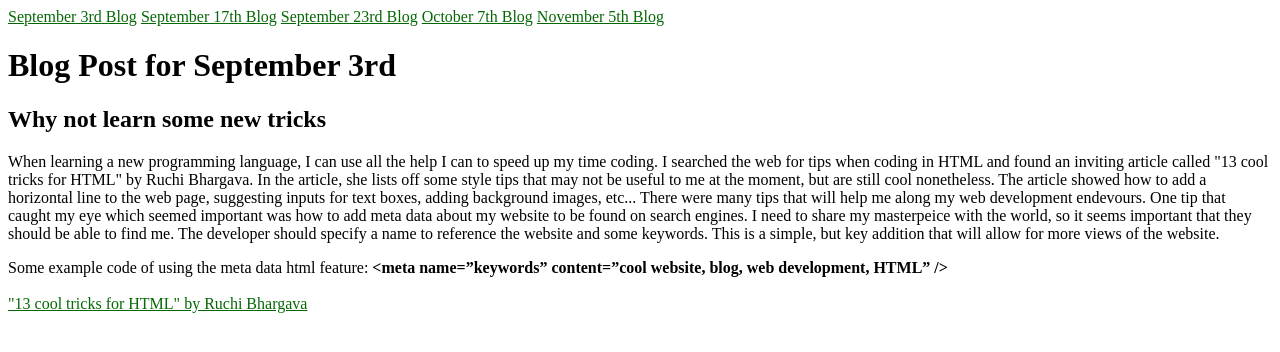
Repository: alharama/WebBlog
Page: index.html
An editor plug-in stored every save of this project. The page is shown before and after the next save, followed by the edit.
The browser window is 1280 px wide. The pictures show the whole page.

Above is the page before, as saved 2021-11-11 21:06:01.

### index.html
<!DOCTYPE html>

<head>
    <a href="index.html"> September 3rd Blog</a>
        <a href="second_blog.html"> September 17th Blog</a>
        <a href="Sept_23.html"> September 23rd Blog</a>
        <a href="Oct_7.html"> October 7th Blog</a>
        <a href="Nov_5.html"> November 5th Blog</a>

    <style>

        a{
            text-decoration: underline;
            color: rgb(5, 104, 5)
        }
        a:visited{
            text-decoration: none;
        }
    </style>

    <title>Blog Post for September 3rd</title>

</head>
<html>

<header>
    <title>Blog Post for September 3rd</title>
</header>

<body>

    <h1>Blog Post for September 3rd</h1>
    <h2>Why not learn some new tricks</h2>
    <p>
        When learning a new programming language, I can use all the help I can to speed
        up my time coding. I searched the web for tips when coding in HTML and found an inviting
        article called "13 cool tricks for HTML" by Ruchi Bhargava. In the article, she lists off some style
        tips that may not be useful to me at the moment, but are still cool nonetheless. The article showed
        how to add a horizontal line to the web page, suggesting inputs for text boxes, adding background images,
        etc... There were many tips that will help me along my web development endevours.
        One tip that caught my eye which seemed important was how to add meta data about my website to be
        found on search engines. I need to share my masterpeice with the world, so it seems important that they
        should be able to find me. The developer should specify a name to reference the website and some keywords.
        This is a simple, but key addition that will allow for more views of the website.
    </p>

</body>




Some example code of using the meta data html feature:
    <b>&lt;meta name=”keywords” content=”cool website, blog, web development, HTML” /></b>



    <footer>
    </br>
        <a href="https://www.freelancer.com/articles/web-development/13-cool-tricks-for-html" target="_blank">"13 cool
            tricks for HTML" by Ruchi Bhargava</a>
    </footer>

</html>

After the next save:
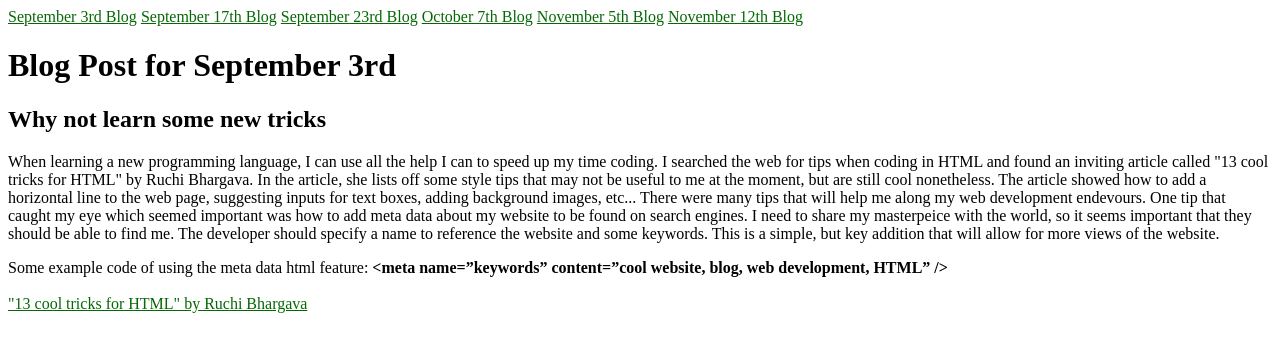
Saved 33 s later.
--- a/index.html
+++ b/index.html
@@ -6,6 +6,7 @@
         <a href="Sept_23.html"> September 23rd Blog</a>
         <a href="Oct_7.html"> October 7th Blog</a>
         <a href="Nov_5.html"> November 5th Blog</a>
+        <a href-"Nov_12.html"> November 12th Blog</a>
 
     <style>
 
